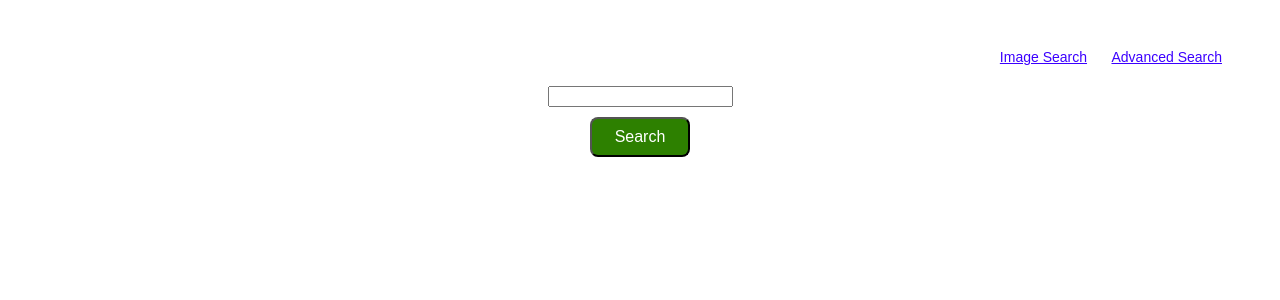
Repository: lyutok/cs50-search-project
Page: google.html
An editor plug-in stored every save of this project. The page is shown before and after the next save, followed by the edit.
The browser window is 1280 px wide. The pictures show the whole page.
The style sheet was rebuilt from its Sass, Less or Tailwind sources for each picture, by a compiler version that may differ from the author's.

Above is the page before, as saved 2025-07-05 19:19:59.

After the next save:
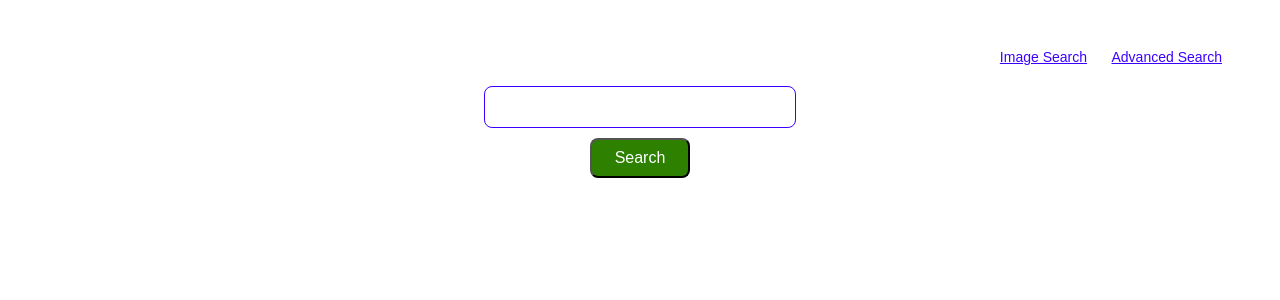
Saved 96 s later.
--- a/styles.scss
+++ b/styles.scss
@@ -17,6 +17,15 @@ body {
     }
 }
 
+input {
+    width: 300px;
+    height: 30px;
+    border-radius: 8px;
+    border: 1px solid $color;
+    padding: 5px;
+    font-size: 16px;
+}
+
 button {
     margin: 10px;
     border-radius: 8px;
